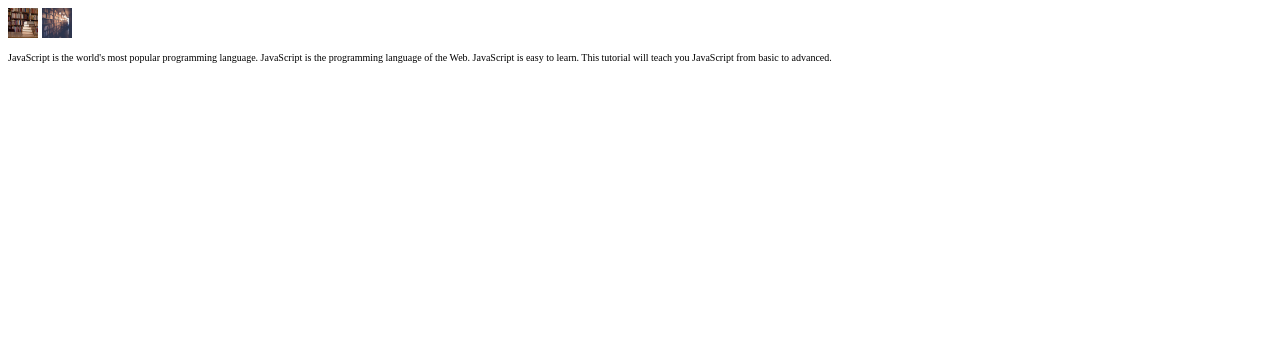
Repository: venkatesakki/JavaDeveloper
Page: javascript_example/src/main/webapp/dom_parsing.html
The author's editor kept a copy of each file at every save. The page is drawn from the files as they stood at one save, then again after the next save.
The browser window is 1280 px wide. The pictures show the whole page.
After loading, the first visible `#increment` was clicked once.

Above is the page before, as saved 2022-06-28 12:27:22.
Console error: ReferenceError: font is not defined

After the next save:
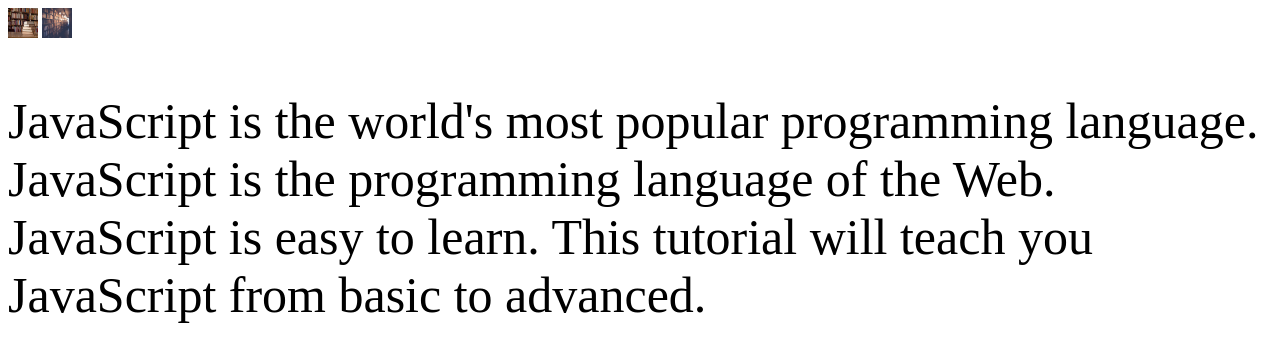
Saved 30 s later.
--- a/javascript_example/src/main/webapp/scripts/domparsing.js
+++ b/javascript_example/src/main/webapp/scripts/domparsing.js
@@ -7,7 +7,7 @@ function incFontSize(){
 	var para=document.getElementById("firstPara");
 
 	//para.setAttribute("class","fontSizeUp");
-	var fontSize='10';
+	var fontSize='50';
 	para.setAttribute("style","font-size:"+fontSize+'px');
     font++;
 
